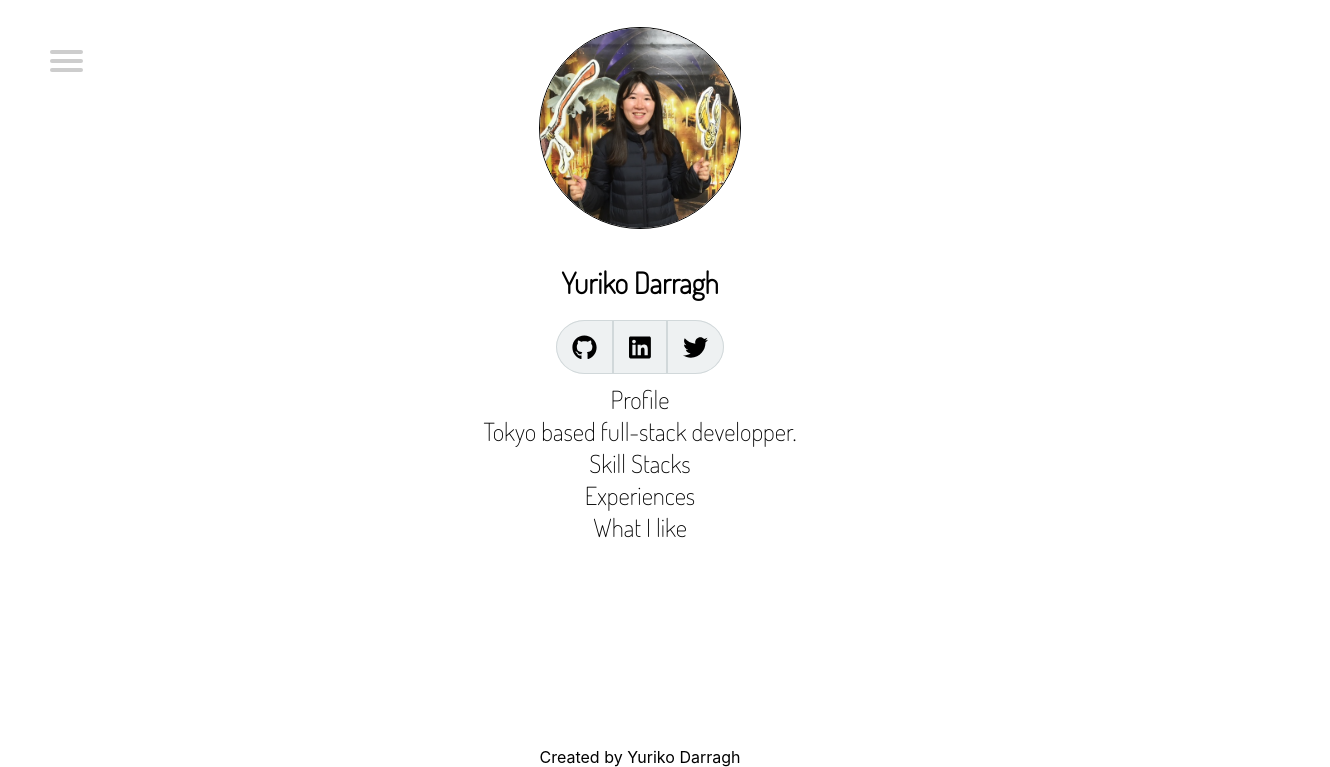
Repository: yuriko-pixel/react-portfolio
Page: /about
The author's editor kept a copy of each file at every save. The page is drawn from the files as they stood at one save, then again after the next save.
The browser window is 1280 px wide. The page is 1330 px wide, so the pictures cover 1330 px, including what lies to the right of the window. The pictures show the whole page.
The project was rebuilt for these pictures with package versions that can differ from the ones it lists, and the page was loaded fresh each time. Also part of the build but not shown: src/components/worktemp.js, src/styles/top.module.scss, src/components/top.js, src/styles/works.module.scss, src/components/works.js, src/components/home.js.

Above is the page before, as saved 2021-05-19 12:44:20.

After the next save:
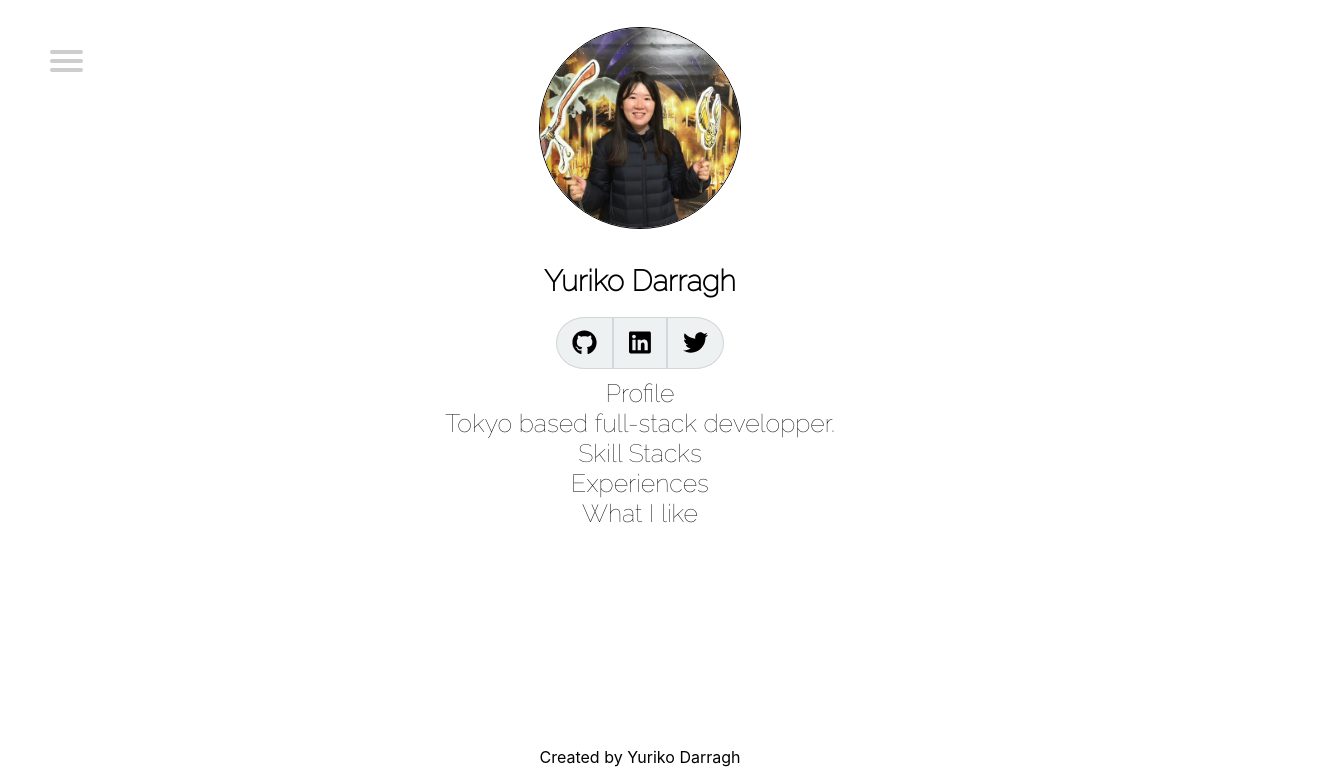
Saved 81 s later.
--- a/src/styles/about.module.scss
+++ b/src/styles/about.module.scss
@@ -1,7 +1,6 @@
-@import url('https://fonts.googleapis.com/css2?family=Dosis:wght@200&display=swap');
-
+@import url('https://fonts.googleapis.com/css2?family=Raleway:wght@100&display=swap');
 .container {
-    font-family: 'Dosis', sans-serif;
+    font-family: 'Raleway', sans-serif;
     font-size: 25px;
     height: 100vh;
 }
